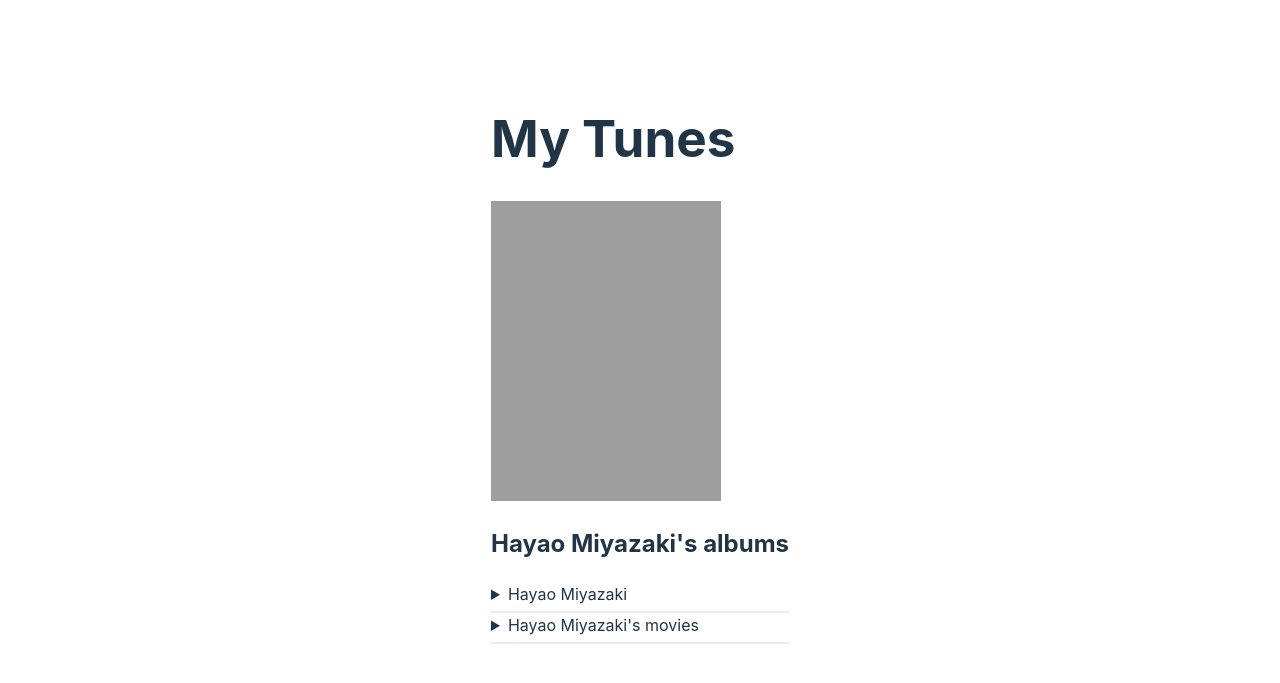
Repository: SamanthaYan298/my_app
Page: /
These files come from the project's save history. The page is drawn as it stood at one moment and after the next save; the edit follows.
The browser window is 1280 px wide. The pictures show the whole page.
Pictures or frames that could not be fetched are drawn as grey boxes. The project was rebuilt for these pictures with package versions that can differ from the ones it lists, and the page was loaded fresh each time. Also part of the build but not shown: vite.config.js.

Above is the page before, as saved 2024-09-13 13:10:46.

After the next save:
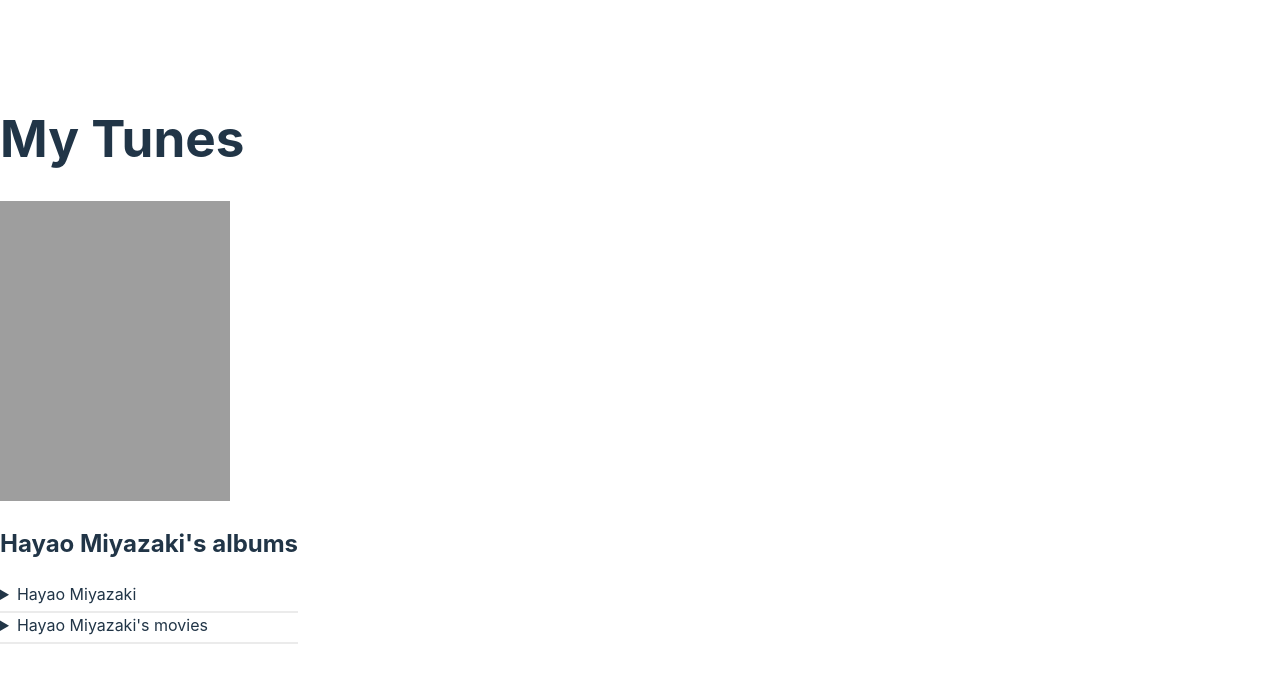
Saved 10 s later.
--- a/src/App.css
+++ b/src/App.css
@@ -1,8 +1,8 @@
-#root {
+/* #root {
   margin: 0 auto;
   padding: 1rem;
   text-align: left;
-}
+} */
 
 .main-structure {
   flex-direction: row;

After the save that followed:
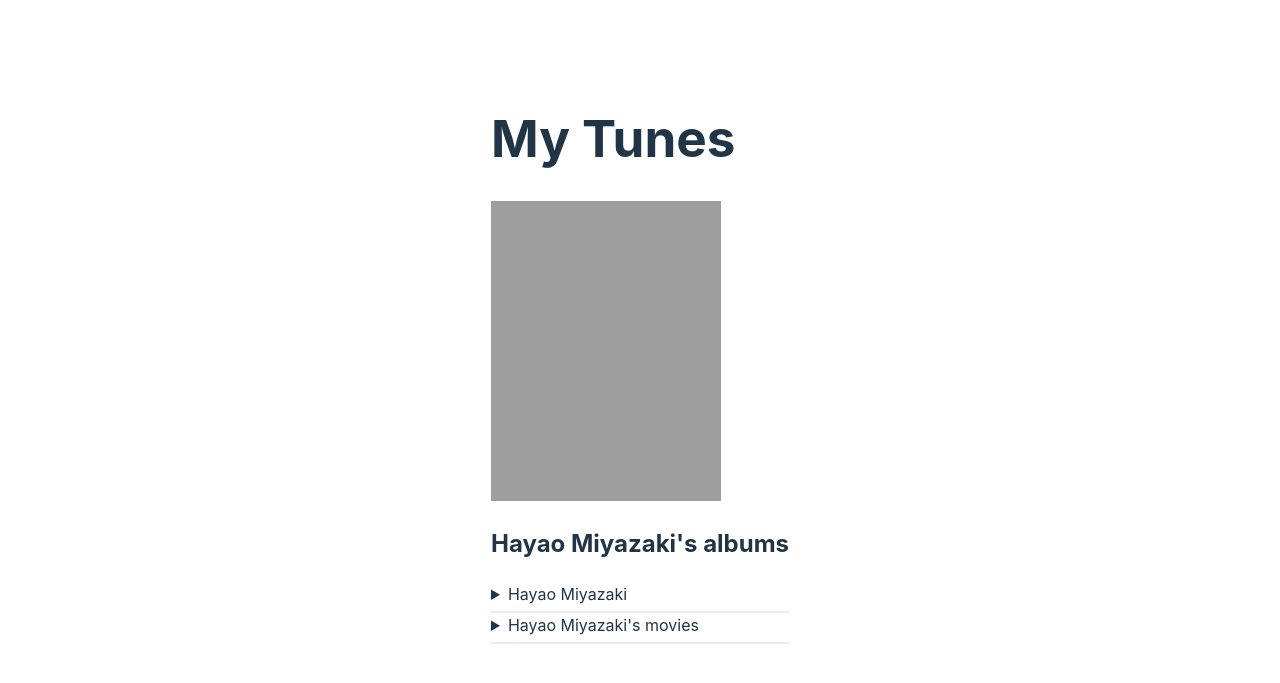
Saved 5 s later.
--- a/src/App.css
+++ b/src/App.css
@@ -1,8 +1,8 @@
-/* #root {
+#root {
   margin: 0 auto;
   padding: 1rem;
   text-align: left;
-} */
+}
 
 .main-structure {
   flex-direction: row;
